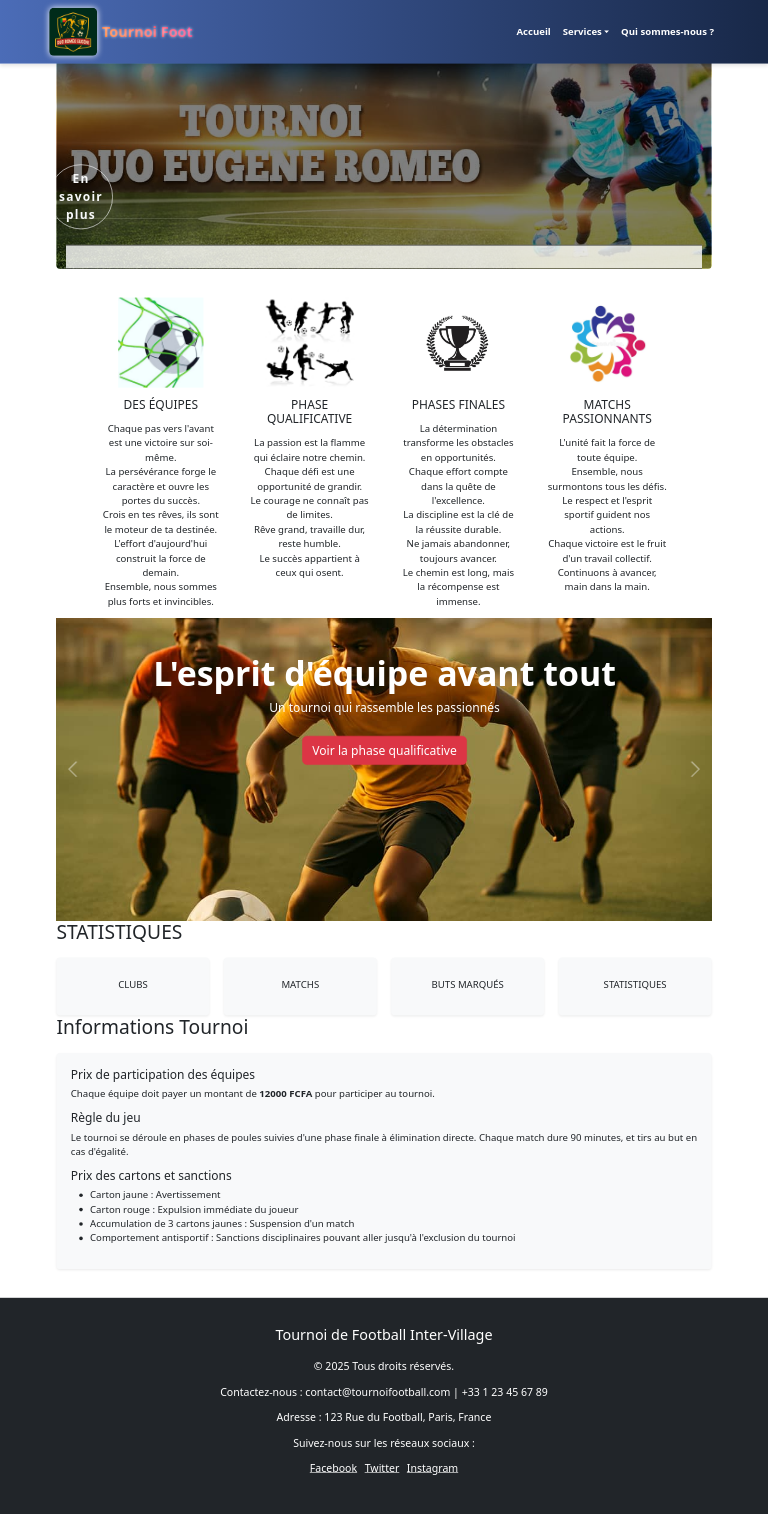
Repository: KILAYOSSI/tournoi_foot
Page: templates/pages/home.html.twig
These files come from the project's save history. The page is drawn as it stood at one moment and after the next save; the edit follows.
The browser window is 1280 px wide. The pictures show the whole page, at 60% of full size.
The page is a Twig template of a Symfony application; nobody is signed in and links lead nowhere. The template is opened directly, without the code that normally fills it, so the values that code supplies are empty.

Above is the page before, as saved 2025-06-27 01:59:00.

After the next save:
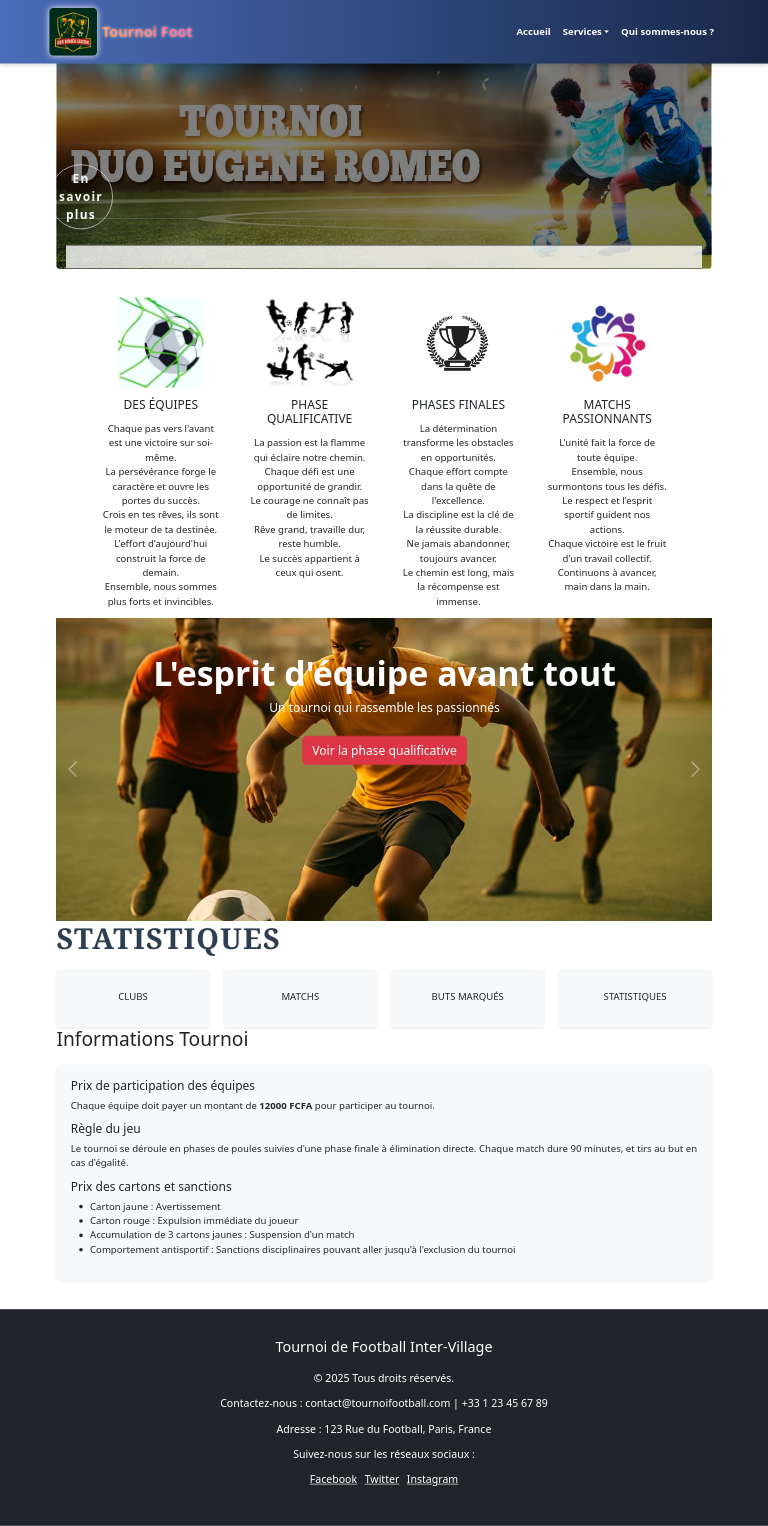
Saved 3 min 31 s later.
--- a/templates/pages/home.html.twig
+++ b/templates/pages/home.html.twig
@@ -151,7 +151,7 @@
 
 
     <section>
-        <h2 class="mb-4">STATISTIQUES</h2>
+        <h2 class="mb-4" style="font-family: 'Georgia', serif; font-weight: 700; font-size: 3rem; color: #2c3e50; text-shadow: 1px 1px 2px rgba(0,0,0,0.1); letter-spacing: 2px;">STATISTIQUES</h2>
         <div class="row text-center g-4">
             <div class="col-md-3">
                 <div class="stat-card p-4 rounded shadow-sm bg-light number-font number-animated number-test">
